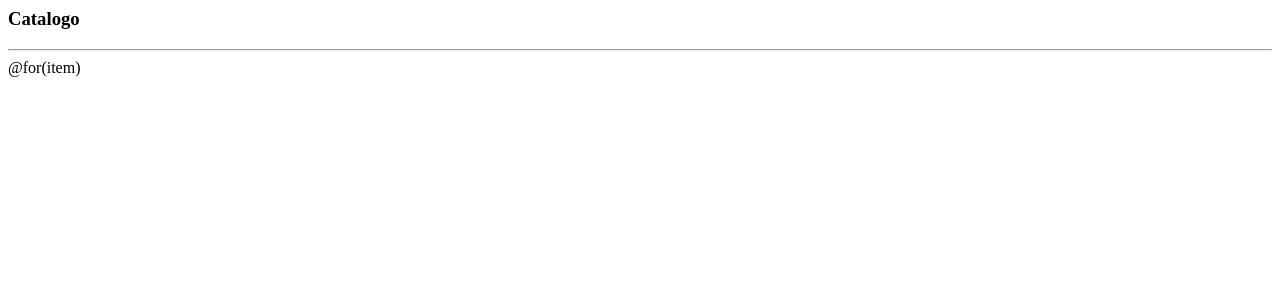
Repository: JoanOrobio77/Online_Store_Angular
Page: src/app/pages/catalogo/catalogo.html
These files come from the project's save history. The page is drawn as it stood at one moment and after the next save; the edit follows.
The browser window is 1280 px wide. The pictures show the whole page.

Above is the page before, as saved 2025-06-26 03:54:01.

After the next save:
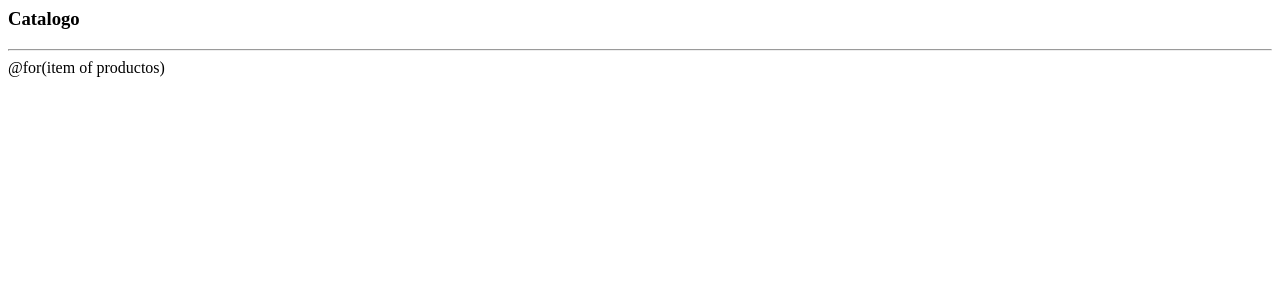
Saved 9 s later.
--- a/src/app/pages/catalogo/catalogo.html
+++ b/src/app/pages/catalogo/catalogo.html
@@ -3,6 +3,6 @@
     <hr />
 
     <div class="row">
-        @for(item)
+        @for(item of productos)
     </div>
 </div>
